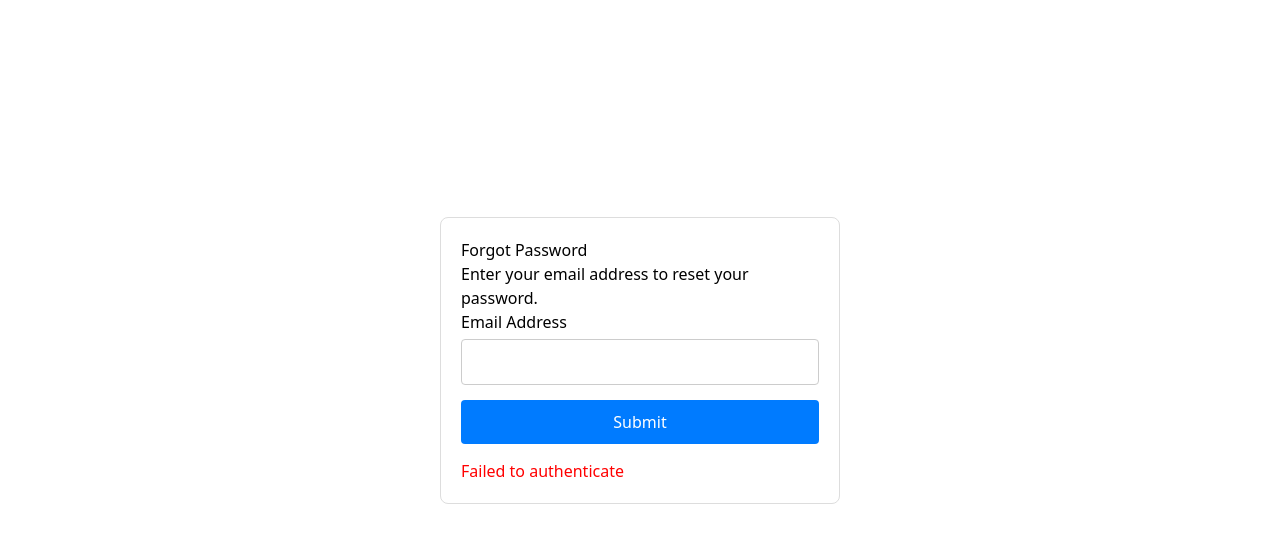
Repository: makanda596/system
Page: /forgotpassword (app in client/)
The author's editor kept a copy of each file at every save. The page is drawn from the files as they stood at one save, then again after the next save.
The browser window is 1280 px wide. The pictures show the whole page.
The page's requests for data from a server got no answer. The project was rebuilt for these pictures with package versions that can differ from the ones it lists, and the page was loaded fresh each time. No one was signed in, and anything a server would have sent is missing. Also part of the build but not shown: client/src/componets/Hero.jsx, client/src/componets/Navbar.jsx, client/src/componets/Footer.jsx, client/src/Home.jsx, client/src/SignUpForm.jsx, client/src/LoginForm.jsx, client/src/Pages/Dashboard.jsx, client/src/Pages/Payments.jsx and 6 more. Imported but missing from the stored project, and not drawn on this page: client/src/reportWebVitals.

Above is the page before, as saved 2024-12-12 08:14:09.

### client/src/App.js
import React, { useEffect } from 'react';
import { BrowserRouter as Router, Route, Routes, Navigate } from 'react-router-dom';
import Home from './Home.jsx';
import SignUpForm from './SignUpForm.jsx';
import LoginForm from './LoginForm.jsx';
import Dashboard from './Pages/Dashboard.jsx';
import Payments from './Pages/Payments.jsx';
import Settings from './Pages/Settings.jsx';
import Alert from './Pages/Alert.jsx';
import AdminDashboard from './Pages/AdminDashboard.jsx';
import Adminlogin from './Adminlogin.jsx';
import Forgotpassword from './Pages/Forgotpassword.jsx';
import EmailVerification from './Pages/EmailVerificationPage.jsx';
import Resetpassword from './Pages/Resetpassword.jsx';
import { useAuthStore } from '../src/store/authStore.js';

// Protect routes that require authentication
const ProtectedRoute = ({ children }) => {
  const { isAuthenticated, user } = useAuthStore();

  if (!isAuthenticated) {
    return <Navigate to="/" replace />;
  }

  if (!user?.isVerified) {
    return <Navigate to="/email-verification" replace />;
  }

  return children;
};

// Redirect authenticated users to the home page
const RedirectAuthenticatedUser = ({ children }) => {
  const { isAuthenticated, user } = useAuthStore();

  if (isAuthenticated && user?.isVerified) {
    return <Navigate to="/home" replace />;
  }

  return children;
};

function App() {
  const { isCheckingAuth, checkAuth } = useAuthStore();

  // Check authentication on app load
  useEffect(() => {
    checkAuth();
  }, [checkAuth]);

  // Show a loading spinner or placeholder while checking authentication
  if (isCheckingAuth) return <h1>loading ...</h1>


  return (
    <div>
      <Router>
        <Routes>
          {/* Public routes */}
          <Route
            path="/signup"
            element={
              <RedirectAuthenticatedUser>
                <SignUpForm />
              </RedirectAuthenticatedUser>
            }
          />
          <Route
            path="/"
            element={
              <RedirectAuthenticatedUser>
                <LoginForm />
              </RedirectAuthenticatedUser>
            }
          />
          <Route path="/adminlogin" element={<Adminlogin />} />
          <Route path="/forgotpassword" element={
            <RedirectAuthenticatedUser>
              <Forgotpassword />
            </RedirectAuthenticatedUser>} />

          <Route path="/email-verification" element={<EmailVerification />} />
          <Route path="/reset-password/:token" element={
            <RedirectAuthenticatedUser>
              <Resetpassword />
            </RedirectAuthenticatedUser>
          } />

          <Route
            path="/home"
            element={
              <ProtectedRoute>
                <Home />
              </ProtectedRoute>
            }
          />
          <Route
            path="/dashboard"
            element={
              <ProtectedRoute>
                <Dashboard />
              </ProtectedRoute>
            }
          />
          <Route
            path="/payments"
            element={
              <ProtectedRoute>
                <Payments />
              </ProtectedRoute>
            }
          />
          <Route
            path="/settings"
            element={
              <ProtectedRoute>
                <Settings />
              </ProtectedRoute>
            }
          />
          <Route
            path="/alert"
            element={
              <ProtectedRoute>
                <Alert />
              </ProtectedRoute>
            }
          />
          <Route
            path="/admin"
            element={
              <ProtectedRoute>
                <AdminDashboard />
              </ProtectedRoute>
            }
          />

          {/* Catch-all route */}
          <Route path="*" element={<Navigate to="/" replace />} />
        </Routes>
      </Router>
    </div>
  );
}

export default App;

### client/src/Pages/Forgotpassword.jsx
import React, { useState } from "react";
import { useAuthStore } from '../store/authStore'

const ForgotPassword = () => {
    const [email, setEmail] = useState("");
    const { forgotPassword, error, message } = useAuthStore()
    const handleSubmit = async (e) => {
        e.preventDefault();

        try {
            await forgotPassword(email)
        } catch (err) {
            console.log(error.response ? error.response.data.message : 'Login failed');
        }
    };

    return (
        <div style={{ display: "flex", justifyContent: "center", alignItems: "center", height: "100vh" }}>
            <div style={{ width: "400px", padding: "20px", border: "1px solid #ddd", borderRadius: "8px" }}>
                <h2>Forgot Password</h2>
                <p>Enter your email address to reset your password.</p>

                <form onSubmit={handleSubmit}>
                    <div style={{ marginBottom: "15px" }}>
                        <label htmlFor="email" style={{ display: "block", marginBottom: "5px" }}>Email Address</label>
                        <input
                            type="email"
                            id="email"
                            value={email}
                            onChange={(e) => setEmail(e.target.value)}
                            required
                            style={{ width: "100%", padding: "10px", borderRadius: "4px", border: "1px solid #ccc" }}
                        />
                    </div>

                    <button
                        type="submit"
                        style={{ width: "100%", padding: "10px", backgroundColor: "#007bff", color: "white", border: "none", borderRadius: "4px", cursor: "pointer" }}
                    >
                        Submit
                    </button>
                </form>

                {message && <p style={{ color: "green", marginTop: "15px" }}>{message}</p>}
                {error && <p style={{ color: "red", marginTop: "15px" }}>{error}</p>}
            </div>
        </div>
    );
};

export default ForgotPassword;

### client/src/store/authStore.js
import { create } from 'zustand';
import axios from 'axios'

// const API_URL = process.env.MODE === "development" ? "http://localhost:5000/auth" : "/auth"
const API_URL = "http://localhost:5000/auth"

export const useAuthStore = create((set) => ({ //a one argument and a callback function
    user: null,
    isAuthenticated: false,
    isLoading: false,
    error: null,
    isCheckingAuth: true,
    message: null,

    //signup part
    signup: async (name, email, phone, roomNumber, moveIn, password) => {
        set({ isLoading: true, error: null })
        try {

            const response = await axios.post(`${API_URL}/signup`, { name, email, phone, roomNumber, moveIn, password }); //we sending this to the server
            set({ user: response.data.user, isAuthenticated: true, isLoading: false })//updatyes the state of the useAuthstore
        } catch (error) {
            set({ error: error.response.data.message || "Error signing up", isLoading: false });  // Error: show error message
            throw error;
        }
    },

    //login part
    login: async (roomNumber, password) => {
        set({ isLoading: true, error: null })
        try {
            const response = await axios.post("http://localhost:5000/auth/login", { roomNumber, password });
            localStorage.setItem("token", response.data.token);
            set({ user: response.data.user, isAuthenticated: true, error: null, isLoading: false })
        } catch (error) {
            set({ error: error.response.data.message || "Error loging up", isLoading: false });  // Error: show error message
            throw error;
        }
    },

    //logout part
    logout: async () => {
        try {
            await axios.post(`${API_URL}/logout`)
            set({ user: null, isAuthenticated: false, isCheckingAuth: false })
        } catch (error) {
            set({ error: error.response.data.message || "Error loginout", isLoading: false });  // Error: show error message
            throw error;
        }
    },

    //sending reset-password
    forgotPassword: async (email) => {
        set({ isLoading: true, error: null });
        try {
            const response = await axios.post(`${API_URL}/forgot-password`, { email });
            set({ message: response.data.message, isLoading: false });
        } catch (error) {
            set({
                isLoading: false,
                error: error.response.data.message || "Error sending reset password email",
            });
            throw error;
        }
    },

    //reset password
    resetPassword: async (token, password) => {
        try {
            const response = await axios.post(`http://localhost:5000/auth/reset-password/${token}`, { password });
            set({ message: response.data.message, isLoading: false })
        } catch (error) {
            set({
                isLoading: false,
                error: error.response.data.message || "Error resetting password",
            });
            throw error;
        }
    },

    //verfy email
    verifyEmail: async (code) => {
        set({ isLoading: true, error: null });
        try {
            const response = await axios.post("http://localhost:5000/auth/verify-email", { code })
            set({ user: response.data.user, isAuthenticated: true })
            return response.data;
        } catch (error) {
            set({ error: error.response.data.message || "Error verifyng your email", isLoading: false });  // Error: show error message
            throw error;
        }
    },

    //chechking authoticTED users
    checkAuth: async () => {
        set({ isCheckingAuth: true, error: null })
        try {
            const token = localStorage.getItem("token"); // Retrieve the token from local storage
            const response = await axios.get("http://localhost:5000/auth/check-auth", {
                headers: {
                    Authorization: `Bearer ${token}`, // Add the token to the Authorization header
                },
                withCredentials: true
            })
            set({ user: response.data.user, isAuthenticated: true, isCheckingAuth: false });
        } catch (error) {
            set({
                isAuthenticated: false,
                isCheckingAuth: false,
                error: error.response?.data?.message || "Failed to authenticate",
            });
        }
    }
}))



// //response.data.user== response.data.{
// user: {
//     email:smksnidn@gmail.com,
//     name:brian,
//     password:mdmd,
// }
// // }

Loaded but not shown: client/src/index.js (common file); client/src/index.css (common file); client/tailwind.config.js (common file)

After the next save:
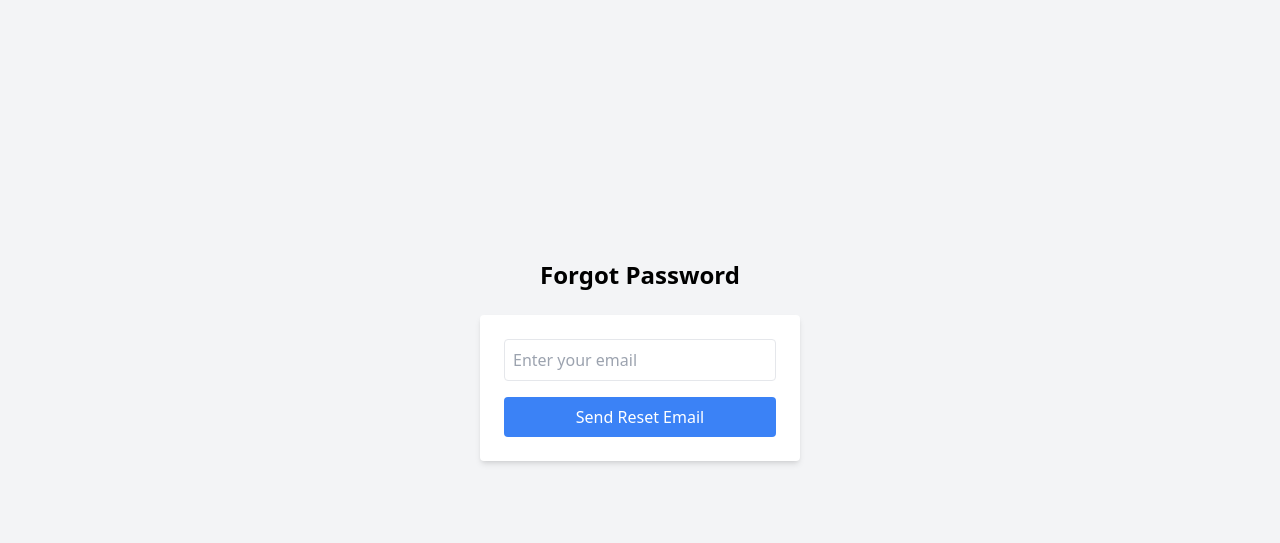
Saved 5 min 12 s later.
--- a/client/src/Pages/Forgotpassword.jsx
+++ b/client/src/Pages/Forgotpassword.jsx
@@ -1,49 +1,53 @@
 import React, { useState } from "react";
-import { useAuthStore } from '../store/authStore'
+import axios from "axios";
 
 const ForgotPassword = () => {
     const [email, setEmail] = useState("");
-    const { forgotPassword, error, message } = useAuthStore()
+    const [message, setMessage] = useState("");
+    const [error, setError] = useState("");
+    const [isLoading, setIsLoading] = useState(false);
+
     const handleSubmit = async (e) => {
         e.preventDefault();
 
         try {
-            await forgotPassword(email)
+            setIsLoading(true);
+            setError("");
+            const response = await axios.post("http://localhost:5000/auth/forgot-password", { email });
+            setMessage(response.data.message);
         } catch (err) {
-            console.log(error.response ? error.response.data.message : 'Login failed');
+            setError(
+                err.response && err.response.data && err.response.data.message
+                    ? err.response.data.message
+                    : "An error occurred. Please try again."
+            );
+        } finally {
+            setIsLoading(false);
         }
     };
 
     return (
-        <div style={{ display: "flex", justifyContent: "center", alignItems: "center", height: "100vh" }}>
-            <div style={{ width: "400px", padding: "20px", border: "1px solid #ddd", borderRadius: "8px" }}>
-                <h2>Forgot Password</h2>
-                <p>Enter your email address to reset your password.</p>
-
-                <form onSubmit={handleSubmit}>
-                    <div style={{ marginBottom: "15px" }}>
-                        <label htmlFor="email" style={{ display: "block", marginBottom: "5px" }}>Email Address</label>
-                        <input
-                            type="email"
-                            id="email"
-                            value={email}
-                            onChange={(e) => setEmail(e.target.value)}
-                            required
-                            style={{ width: "100%", padding: "10px", borderRadius: "4px", border: "1px solid #ccc" }}
-                        />
-                    </div>
-
-                    <button
-                        type="submit"
-                        style={{ width: "100%", padding: "10px", backgroundColor: "#007bff", color: "white", border: "none", borderRadius: "4px", cursor: "pointer" }}
-                    >
-                        Submit
-                    </button>
-                </form>
-
-                {message && <p style={{ color: "green", marginTop: "15px" }}>{message}</p>}
-                {error && <p style={{ color: "red", marginTop: "15px" }}>{error}</p>}
-            </div>
+        <div className="flex flex-col items-center justify-center min-h-screen bg-gray-100">
+            <h2 className="text-2xl font-bold mb-6">Forgot Password</h2>
+            <form onSubmit={handleSubmit} className="bg-white p-6 rounded shadow-md w-80">
+                <input
+                    type="email"
+                    placeholder="Enter your email"
+                    value={email}
+                    onChange={(e) => setEmail(e.target.value)}
+                    className="w-full p-2 mb-4 border rounded focus:outline-none focus:ring-2 focus:ring-blue-400"
+                    required
+                />
+                <button
+                    type="submit"
+                    className={`w-full p-2 text-white rounded ${isLoading ? "bg-blue-300" : "bg-blue-500 hover:bg-blue-600"}`}
+                    disabled={isLoading}
+                >
+                    {isLoading ? "Sending..." : "Send Reset Email"}
+                </button>
+                {message && <p className="text-green-500 text-sm mt-4">{message}</p>}
+                {error && <p className="text-red-500 text-sm mt-4">{error}</p>}
+            </form>
         </div>
     );
 };
